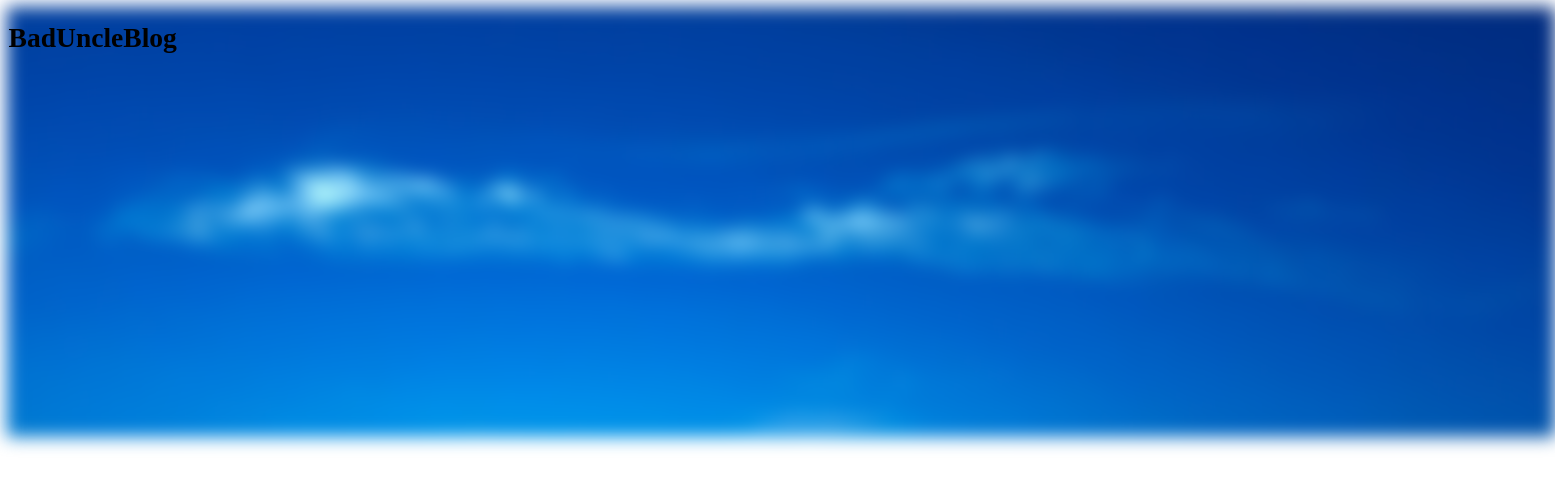
Repository: lidasi/monkeyLife
Page: http://localhost/monkeyLife/jsp/topbar.jsp
An editor plug-in stored every save of this project. The page is shown before and after the next save, followed by the edit.
The browser window is 1280 px wide. The page is 1808 px wide, so the pictures cover 1808 px, including what lies to the right of the window. The pictures show the whole page, at 86% of full size.
The page is served by Tomcat 9.

Above is the page before, as saved 2017-07-13 06:49:20.

### workSpeaces/monkeyLife/WebContent/jsp/topbar.jsp
<%@ page language="java" contentType="text/html; charset=UTF-8"
    pageEncoding="UTF-8"%>
<!DOCTYPE html PUBLIC "-//W3C//DTD HTML 4.01 Transitional//EN" "http://www.w3.org/TR/html4/loose.dtd">
<html>
<head>
<meta http-equiv="Content-Type" content="text/html; charset=UTF-8">
<link rel="stylesheet" type="text/css" media="screen" href="../css/top.css">
<script type="text/javascript" src="../js/jquery.min.js"></script>
<title>topbar</title>
<script type="text/javascript">
        $(function(){
            var height = 500;
            var width = 1800;
            $("#backgroundImage").height(height).width(width);
        });
    </script>
</head>
<body>
	<div id="backgroundImage">
	</div>
	<div id="title"><h1>BadUncleBlog</h1></div>
</body>
</html>

### workSpeaces/monkeyLife/WebContent/css/top.css
@CHARSET "UTF-8";
#backgroundImage{
/*    border: 1px solid #CCCCCC;
    padding:90px 5px 10px;*/
    background: url("../image/dock/backgroundImage.jpg") no-repeat;
    background-size: cover;
    -webkit-filter: blur(10px);
    -ms-filter: blur(10px);
    position:relative;
    filter: progid:DXImageTransform.Microsoft.Blur(PixelRadius=10, MakeShadow=false);
    animation:mymove 5s infinite;
    -webkit-animation:mymove 5s infinite;
}
@keyframes mymove
{
    0%   {top:0px; background:url("../image/dock/backgroundImage.jpg");}
    50% {top:0px; background:url("../image/dock/background_001.jpg");}
    100% {top:0px; background:url("../image/dock/backgroundImage.jpg");}
}

@-webkit-keyframes mymove
{
    0%   {top:0px; background:url("../image/dock/backgroundImage.jpg");
    }
    50%   {top:0px; background:url("../image/dock/background_001.jpg");
    }
    100% {top:0px; background:url("../image/dock/backgroundImage.jpg");
    }
}

#title { position: fixed; top: 5px; left: 10px; }

Loaded but not shown: workSpeaces/monkeyLife/WebContent/js/jquery.min.js (library)

After the next save:
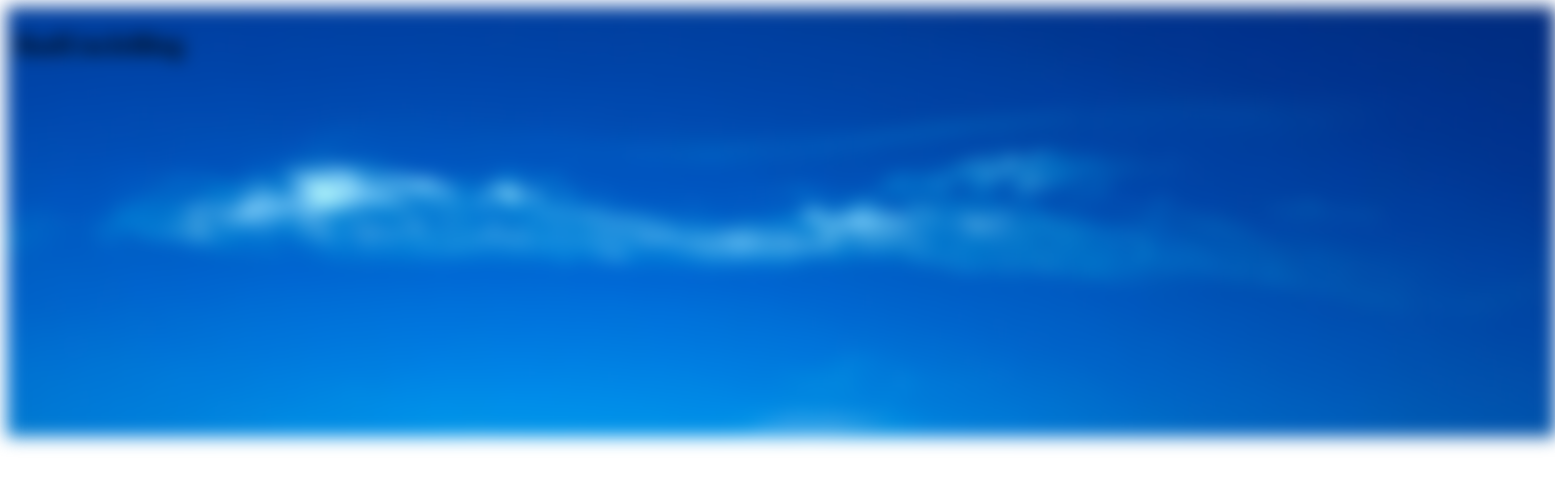
Saved 16 s later.
--- a/workSpeaces/monkeyLife/WebContent/jsp/topbar.jsp
+++ b/workSpeaces/monkeyLife/WebContent/jsp/topbar.jsp
@@ -17,7 +17,8 @@
 </head>
 <body>
 	<div id="backgroundImage">
+	<div id="title"><h1>BadUncleBlog</h1></div>
 	</div>
-	<div id="title"><h1>BadUncleBlog</h1></div>
+
 </body>
 </html>

After the save that followed:
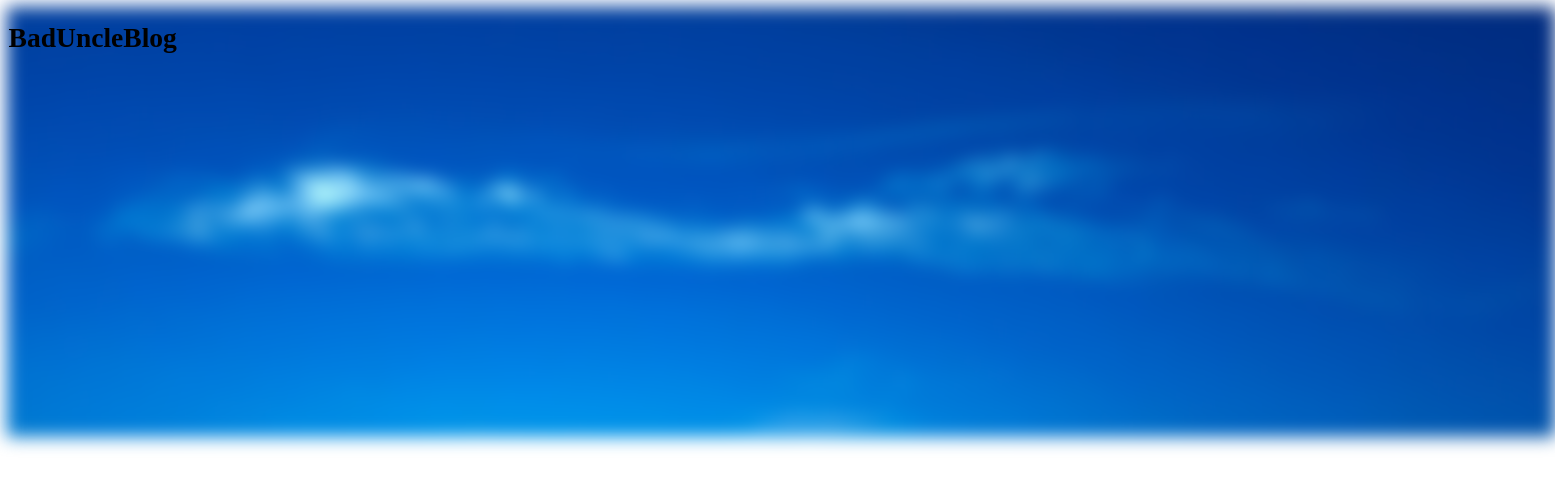
Saved 26 s later.
--- a/workSpeaces/monkeyLife/WebContent/jsp/topbar.jsp
+++ b/workSpeaces/monkeyLife/WebContent/jsp/topbar.jsp
@@ -16,7 +16,8 @@
     </script>
 </head>
 <body>
-	<div id="backgroundImage">
+	<div id="">
+		<div id ="backgroundImage"></div>
 	<div id="title"><h1>BadUncleBlog</h1></div>
 	</div>
 
